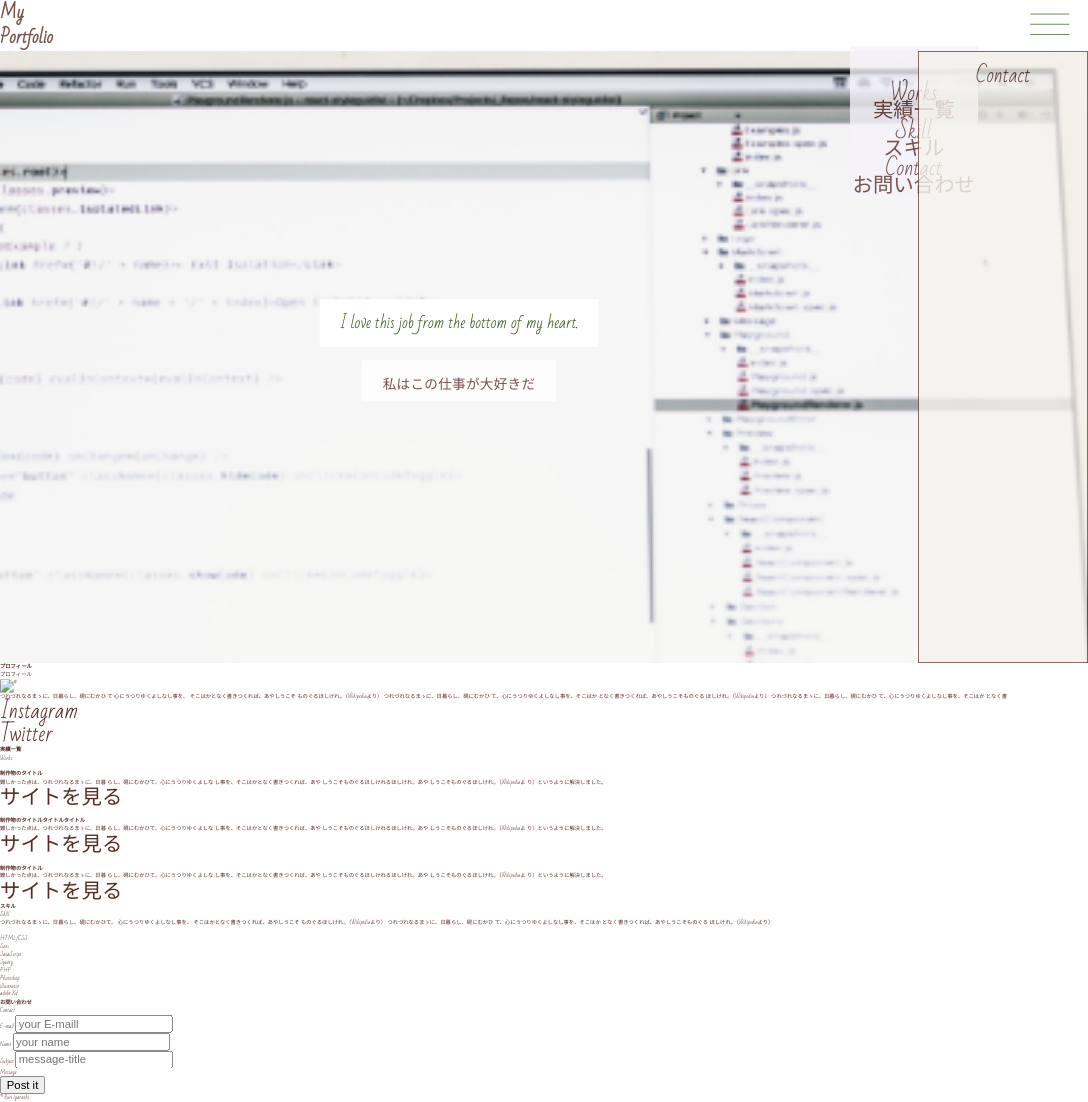
Repository: ppmp556/igarashi.kakuu
Page: index.html
An editor plug-in stored every save of this project. The page is shown before and after the next save, followed by the edit.
The browser window is 1280 px wide. The pictures show the whole page, at 85% of full size.
Some web libraries are served in a nearby version. The style sheet was rebuilt from its Sass, Less or Tailwind sources for each picture, by a compiler version that may differ from the author's.

Above is the page before, as saved 2020-10-22 12:31:11.
Console error: TypeError: Cannot read properties of null (reading 'addEventListener')

### index.html
<!DOCTYPE html>
<html lang="ja">
    <head>
        <meta charset="UTF-8">
        <meta name="viewport" content="width=device-width, initial-scale=1.0, maximum-scale=1.0, minimum-scale=1.0">
        <link rel="stylesheet" href="faundation.css" type="text/css">
        <link rel="stylesheet" href="./css/style.css" type="text/css">
        <link href="https://use.fontawesome.com/releases/v5.6.1/css/all.css" rel="stylesheet">
        <link href="https://fonts.googleapis.com/css?family=Bad+Script" rel="stylesheet">
        <link href="https://fonts.googleapis.com/css?family=Sawarabi+Gothic" rel="stylesheet">
        <link rel="img" href="image">
        <title>架空LP</title>

    </head>
    <body>

        <div class="container">
            <header class="header">
                <h1 class="header_ttl">
                    <a href="index.html" class="header_link">My Portfolio</a><!-- /.header_link -->
                </h1><!-- /.header_ttl -->
                <nav class="nav">
                    <div class="nav_wrapper" id="nav_lists">
                        <!-- ハンバーガーメニュー部分 -->
                        <div class="toggle_btn" id="nav_toggler">
                            <span class="toggle_line __tg1"></span>
                            <span class="toggle_line __tg2"></span>
                            <span class="toggle_line __tg3"></span>
                        </div>
                        <!-- ハンバーガーメニューここまで -->
                    </div>
                    <ul class="nav_list flex">
                        <li class="nav_item">
                            <a href="#" class="nav_link">Profile<span class="nav_sp">プロフィール</a><!-- /.nav_link -->
                        </li><!-- /.nav_item -->
                        <li class="nav_item">
                            <a href="#" class="nav_link">Works<span class="nav_sp">実績一覧</a><!-- /.nav_link -->
                        </li><!-- /.nav_item -->
                        <li class="nav_item">
                            <a href="#" class="nav_link">Skill<span class="nav_sp">スキル</a><!-- /.nav_link -->
                        </li><!-- /.nav_item -->
                        <li class="nav_item">
                            <a href="#" class="nav_link">Contact<span class="nav_sp">お問い合わせ</a><!-- /.nav_link -->
                        </li><!-- /.nav_item -->
                    </ul><!-- /.nav_list -->
                </nav><!-- /.nav -->
            </header><!-- /.header -->
        </div><!-- /.container -->
        <div class="kv">
            <div class="kv_txtbox">
                <p class="kv_txt">I love this job from the bottom of my heart.</p><!-- /.kv_txt -->
                <p class="kv_txt __subtxt">私はこの仕事が大好きだ</p><!-- /.kv_txt -->
            </div><!-- /.kv_txtbox -->
            <div class="contact_box">
                    <a href="#" class="contact_link">Contact</a><!-- /.contact_link -->
            </div><!-- /.contact_box -->
        </div><!-- /.kv -->

        <section class="prof" id="prof">
            <div class="section_ttlbox">
                <h2 class="prof_ttl">プロフィール</h2><!-- /.prof_ttl -->
                <span class="prof_sub">プロフィール</span>
            </div><!-- /.section_ttlbox -->
            <div class="prof_imgbox">
                <img src="" alt="#">
            </div><!-- /.prof_imgbox -->
            <p class="prof_txt">
                つれづれなるまゝに、日暮らし、硯にむかひ
                て
                心にうつりゆくよしなし事を、
                そこはかとなく書きつくれば、あやしうこそ
                ものぐるほしけれ。（Wikipediaより）
                つれづれなるまゝに、日暮らし、硯にむかひ
                て、心にうつりゆくよしなし事を、そこはか
                となく書きつくれば、あやしうこそものぐる
                ほしけれ。（Wikipediaより）
                つれづれなるまゝに、日暮らし、硯にむかひ
                て、心にうつりゆくよしなし事を、そこはか
                となく書
            </p><!-- /.prof_txt -->
            <div class="section_btnbox">
                <div class="site_btn">
                    <a href="#" class="site_link">Instagram</a>
                </div><!-- /.site_btn -->
                <div class="site_btn">
                    <a href="#" class="site_link">Twitter</a>
                </div><!-- /.site_btn -->
            </div><!-- /.section_btnbox -->
        </section><!-- /#prof.prof -->


        <section class="work" id="work">
            <div class="section_ttlbox">
                <h2 class="work_ttl">実績一覧</h2><!-- /.work_ttl -->
                <span class="work_sub">Works</span>
            </div><!-- /.section_ttlbox -->

            <div class="work_imgbox">
                <ul class="work_list">
                    <li class="work_item">
                        <img src="" alt="" class="work_img">
                        <h3 class="work_ttl">制作物のタイトル</h3><!-- /.work_txt -->
                        <p class="work_txt">
                            難しかった点は、つれづれなるまゝに、日暮
                            らし、硯にむかひて、心にうつりゆくよしな
                            し事を、そこはかとなく書きつくれば、あや
                            しうこそものぐるほしけれるほしけれ。あや
                            しうこそものぐるほしけれ。（Wikipediaよ
                            り）というように解決しました。
                        </p><!-- /.work_txt -->
                        <div class="site_btn">
                            <a href="#" class="site_link">サイトを見る</a>
                        </div><!-- /.site_btn -->
                    </li><!-- /.work_item -->
                    <li class="work_item">
                        <img src="" alt="" class="work_img">
                        <h3 class="work_ttl">制作物のタイトルタイトルタイトル</h3><!-- /.work_txt -->
                        <p class="work_txt">
                            難しかった点は、つれづれなるまゝに、日暮
                            らし、硯にむかひて、心にうつりゆくよしな
                            し事を、そこはかとなく書きつくれば、あや
                            しうこそものぐるほしけれるほしけれ。あや
                            しうこそものぐるほしけれ。（Wikipediaよ
                            り）というように解決しました。
                        </p><!-- /.work_txt -->
                        <div class="site_btn">
                            <a href="#" class="site_link">サイトを見る</a>
                        </div><!-- /.site_btn -->
                    </li><!-- /.work_item -->
                    <li class="work_item">
                        <img src="" alt="" class="work_img">
                        <h3 class="work_ttl">制作物のタイトル</h3><!-- /.work_txt -->
                        <p class="work_txt">
                            難しかった点は、つれづれなるまゝに、日暮
                            らし、硯にむかひて、心にうつりゆくよしな
                            し事を、そこはかとなく書きつくれば、あや
                            しうこそものぐるほしけれるほしけれ。あや
                            しうこそものぐるほしけれ。（Wikipediaよ
                            り）というように解決しました。
                        </p><!-- /.work_txt -->
                        <div class="site_btn">
                            <a href="#" class="site_link">サイトを見る</a>
                        </div><!-- /.site_btn -->
                    </li><!-- /.work_item -->
                </ul><!-- /.work_list -->
            </div><!-- /.work_imgbox -->
        </section><!-- /#work.work -->

        <section class="skii" id="skill">
            <div class="section_ttlbox">
                <h2 class="skill_ttl">スキル</h2><!-- /.skill_ttl -->
                <span class="skill_sub">Skill</span>
            </div><!-- /.section_ttlbox -->
            <div class="skill_txtbox">
                <p class="skill_txt">
                    つれづれなるまゝに、日暮らし、硯にむかひて、
                    心にうつりゆくよしなし事を、
                    そこはかとなく書きつくれば、あやしうこそ
                    ものぐるほしけれ。（Wikipediaより）
                    つれづれなるまゝに、日暮らし、硯にむかひ
                    て、心にうつりゆくよしなし事を、そこはか
                    となく書きつくれば、あやしうこそものぐる
                    ほしけれ。（Wikipediaより）
                </p><!-- /.skill_txt -->
            </div><!-- /.skill_txtbox -->
            <div class="skill_listbox">
                <div class="skill_imgbox">
                    <img src="" alt="" class="skill_img">
                </div><!-- /.skill_imgbox -->
                <ul class="skill_list">
                    <li class="skill_item">HTML/CSS</li><!-- /.skill_item -->
                    <li class="skill_item">Sass</li><!-- /.skill_item -->
                    <li class="skill_item">JavaScript</li><!-- /.skill_item -->
                    <li class="skill_item">Jquery</li><!-- /.skill_item -->
                    <li class="skill_item">PHP</li><!-- /.skill_item -->
                    <li class="skill_item">Photoshop</li><!-- /.skill_item -->
                    <li class="skill_item">illustrator</li><!-- /.skill_item -->
                    <li class="skill_item">adobe Xd</li><!-- /.skill_item -->
                </ul><!-- /.skill_list -->
            </div><!-- /.skill_listbox -->
        </section><!-- /#skill.skii -->

        <section class="contact" id="contact">
            <div class="section_ttlbox">
                <h2 class="contact_ttl">お問い合わせ</h2><!-- /.contact_ttl -->
                <span class="contact_sub">Contact</span>
            </div><!-- /.section_ttlbox -->
            <form action="#" class="ly-form">
                <div class="form ord1">
                    <div class="form2">

                        <label for="email" class="formTitle u-formTxt">E-mail</label>
                        <input type="email" class="formBox" name="your-E-mail" placeholder="your E-maill">
                    </div>
                </div>
                <div class="form ord2">
                    <div class="form2">
                            <label for="name" class="formTitle u-formTxt">Name</label>
                            <input type="text" class="formBox" name="your name" placeholder="your name">

                    </div>
                </div>
                <div class="form ord3">
                    <div class="form2">
                        <label for="subject" class="formTitle u-formTxt">Subject</label>
                        <input type="subject" class="formBox" name="message-title" placeholder="message-title">
                    </div>
                </div>
                <div class="form ord4">
                    <div class="form2">
                        <label for="message" class="formTitle u-formTxt">Message</label>
                        <textare name="contents" class="area" name="contents" placeholder="contents" rows="4" cols="40"></textare>
                    </div>
                </div>
                <div class="inputWrap btnhv u-send">
                    <input type="submit" value="Post it" class="sendBtn">
                </div>
            </form>
        </section><!-- /#contact.contact -->

        <footer class="footer">
            <div class="footer_sharbox">
                <ul class="footer_sharalist">
                    <li class="footer_item"></li><!-- /.footer_item -->
                    <li class="footer_item"></li><!-- /.footer_item -->
                    <li class="footer_item"></li><!-- /.footer_item -->
                </ul><!-- /.footer_sharalist -->
            </div><!-- /.footer_sharbox -->
            <small class="footer_txt">&copy; Ruri igarashi</small>
        </footer><!-- /.footer -->


        <script type="text/javascript" src="menu.js"></script>
        <script src="https://code.jquery.com/jquery-3.4.1.js" integrity="sha256-WpOohJOqMqqyKL9FccASB9O0KwACQJpFTUBLTYOVvVU=" crossorigin="anonymous"></script>

    </body>
</html>

### faundation.css

html,
body,
div,
span,
object,
iframe,
h1,
h2,
h3,
h4,
h5,
h6,
p,
blockquote,
pre,
abbr,
address,
cite,
code,
del,
dfn,
em,
img,
ins,
kbd,
q,
samp,
small,
strong,
sub,
sup,
var,
b,
i,
dl,
dt,
dd,
ol,
ul,
li,
fieldset,
form,
label,
legend,
table,
caption,
tbody,
tfoot,
thead,
tr,
th,
td,
article,
aside,
canvas,
details,
figcaption,
figure,
footer,
header,
hgroup,
menu,
nav,
section,
summary,
time,
mark,
audio,
video {
  margin: 0;
  padding: 0;
  border: 0;
  outline: 0;
  font-size: 100%;
  vertical-align: baseline;
  background: transparent;
}

body {
  line-height: 1.5;
}

article,
aside,
details,
figcaption,
figure,
footer,
header,
hgroup,
menu,
nav,
section {
  display: block;
}

ul,
ol {
  list-style: none;
}

table {
  border-collapse: collapse;
  border-spacing: 0;
}

a {
  color: inherit;
  text-decoration: none;
}

img {
  width: 100%;
  max-width: 100%;
  height: auto;
  vertical-align: bottom;
}

### menu.js
const body = document.body;

const toggler = document.getElementById('navToggler');
//#navToggleを取得し、togglerに格納


const navList = document.getElementById('js-nav');
const navList2 = document.getElementById('js-nav2');
//#navListsを取得し、navListに格納


toggler.addEventListener('click', function() {
    //togglerクリックされたら、
    body.classList.toggle('clicked');

});
navList.addEventListener('click', function(){


    body.classList.remove('clicked');
});
navList2.addEventListener('click', function(){


    body.classList.remove('clicked');
});

### scss/style.scss
@charset "UTF-8";

$cColor: #572B23;
$cBgColor: #f6f3eb;
$cGreen: #315611;
$cwhite: #ffffff;
$cGray: #f9f9f9;


html {
    font-size: 62.5%;
    overflow: auto;


}

body {
    color: $cColor;
    background-color: $cwhite;
    font-family: "Bad Script","Sawarabi Gothic";
    font-size: 62.5%;
    margin: 0 auto;
    overflow: hidden;
    width: 100%;
    height: auto;

}

*, *::before, *::after {
    box-sizing: border-box;
}

a:link, a:visited, a:hover, a:active {
    /*テキストデフォルト下線外し*/
    text-decoration: none;
    /* color: #ffffff; */
}




.container {
    overflow: hidden;
}


.flex {
    display: flex;
    justify-content: flex-start;
}

.inner {
    max-width: 336px;
    width: 100%;
}


.site_btn {
    display: flex;
    width: 200px;
    font-size: 2.4rem;
    color: #572B23;
    line-height: 27px;
}

.site_link {
    width: 100%;
    height: 100%;
    display: block;
    margin: auto;
}

/****************

header

*************/

.header {
    display: flex;
    z-index: 5;
    width: 100%;
    height: 100%;
    background-color: $cwhite;
    opacity: .8;

    &_ttl {
        font-size: 2.0rem;
    font-family: "Bad Script";
    opacity: 1;
    color: $cColor;
    }
}

// nav

.nav {
    width: 100%;
    line-height: 20px;
    display: flex;
    justify-content: center;
    align-items: center;


    /* ハンバーガーメニュー */
    &_list {
        position: absolute;
        display: block;
        top: 54px;
        /* left: 377px; */
        left: 1000px;
        overflow: hidden;
        width: 15rem;
        max-height: auto;
        cursor: pointer;

        overflow-y: auto;/*縦方向の表示*/

        display: flex;
        flex-direction: column;
        transition: opacity .8s ease, visibility .6s ease;
        color: #572B23;

        background-color: #F6F3FB;
        visibility: .6s ease;
        opacity: 1;

        &.clicked {
            left: 114px;
            visibility: visible;
            opacity: 0.9;
            width: 262px;
            top: 0;
            /* height: 667px; */
            height: 100vh;
            background-color: #f6f3f8;
            position: absolute;
            display: flex;
            align-items: center;
            justify-content: center;

        }
    }

    &_item {
        padding: 2px 0;
        font-size: 2rem;
        color: #572B23;
        position: relative;

        transition: transform 6s ease, opacity .2s ease;

        &:nth-child(1) {
        transform: translateX(200px);

        transition: transform .6s ease, opacity .2s ease;

        }

        &:nth-child(2) {
        transition-delay: .15s;

        }
        &:nth-child(3) {
        transition-delay: .3s;

        }

        &:nth-child(4) {
        transition-delay: .45s;

        }

        &:nth-child(5) {
        transition-delay: .6s;

        }

        &::after {
        position: absolute;
        bottom: -4px;
        left: 0;
        content: '';
        width: 100%;
        height: 2px;
        background: #572B23;
        transform: scale(0, 1);
        transform-origin: left top;
        transition: transform .3s;
        }

        &:hover::after {
        transform: scale(1, 1);
        }

    }







    &_link {
        width: 100%;
        display: block;
        color: #572B23;
    font-size: 2.4rem;
    display: flex;
    align-items: center;
    flex-direction: column;
    justify-content: center;
    }


}




.clicked .navList .navItem {
    transform: translateX(0px);
}







.toggle_btn {

    z-index: 2000;
    position: absolute;
    top: 0;
    width: 45.25px;
    /* height: 24px; */
    height: 55px;
    right: 16.19px;
    cursor: pointer;
    transition: all .30s ease-in-out;/*0.3秒かけて変化*/
}

.toggle_line {
    display: block;
    position: absolute;
    z-index: 2100;
    right: 6.3px;
    top: 14px;
    width: 100%;
    height: 1px;
    background-color: #315611;
    transition: all 0.3s;
}


.__tg1 {
    top: 16.19px;

    &.clicked {
        transform: translateY(12px) rotate(-315deg);
    }
}
.__tg2 {
    top: 28.19px;
    &.clicked {
        opacity: 0;
    }
}
.__tg3 {
    top: 40.19px;
    &.clicked {
        transform: translateY(-11px) rotate(315deg);
    }
}


/****************

kv

*************/

.kv {
    background: url(/images/top-image/top-image.png) center / cover;
    height: 100vh;
    width: 100%;
    display: flex;

    &_txtbox {
        margin: auto;
    }

    &_txt {
        margin: auto;
        text-align: center;
        font-size: 1.8rem;
        color: $cGreen;
        padding: 10px 24px;
        background-color: $cwhite;
        opacity: 1;
        margin-bottom: 16px;
        line-height: 2;
    }

}


.__subtxt {
    font-size: 1.6rem;
    padding: 13px 24px;
    color: $cColor;
    opacity: 0.8;
    letter-spacing: 0.32px;
    width: 228px;
    height: 48px;
}


.contact_box {
    display: block;

    width: 20rem;
    line-height: 45px;
    // margin-top: auto;

    opacity: 0.8;
    border: 1px solid $cColor;
    text-align: center;
    background-color: $cBgColor;
    font-size: 2.3rem;
    font-family: "bad script";
    color: $cColor;

}


.contact_link {
    padding: 6px 66px;
    display: block;
    width: 100%;
    // height: 100%;
    text-align: center;

}

After the next save:
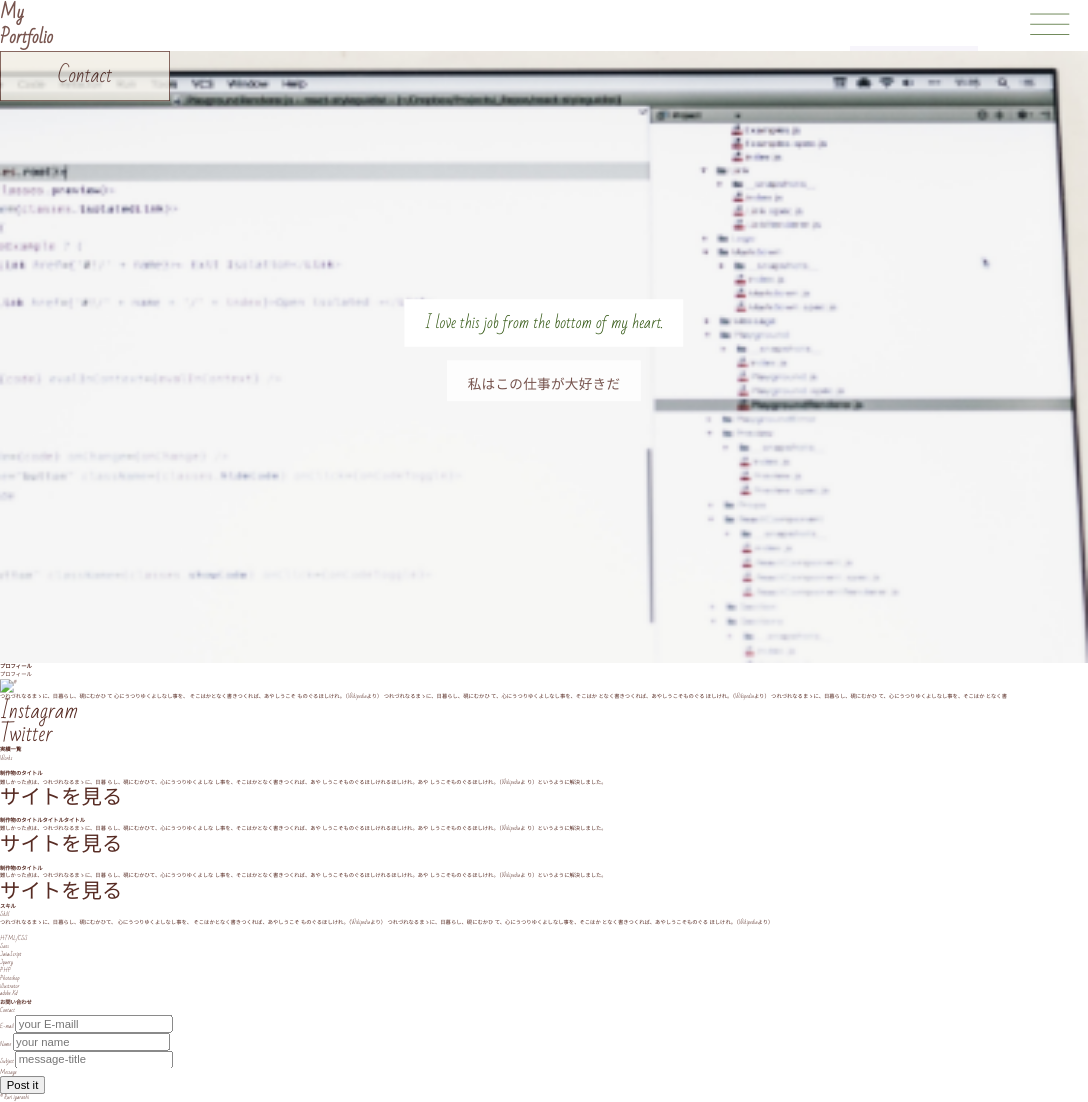
Saved 2 min 4 s later.
--- a/scss/style.scss
+++ b/scss/style.scss
@@ -285,10 +285,15 @@ kv
     background: url(/images/top-image/top-image.png) center / cover;
     height: 100vh;
     width: 100%;
-    display: flex;
+    // display: flex;
+
+    position: relative;
 
     &_txtbox {
-        margin: auto;
+        position: absolute;
+        top: 50%;
+        left: 50%;
+        transform: translate(-50%, -50%);
     }
 
     &_txt {
